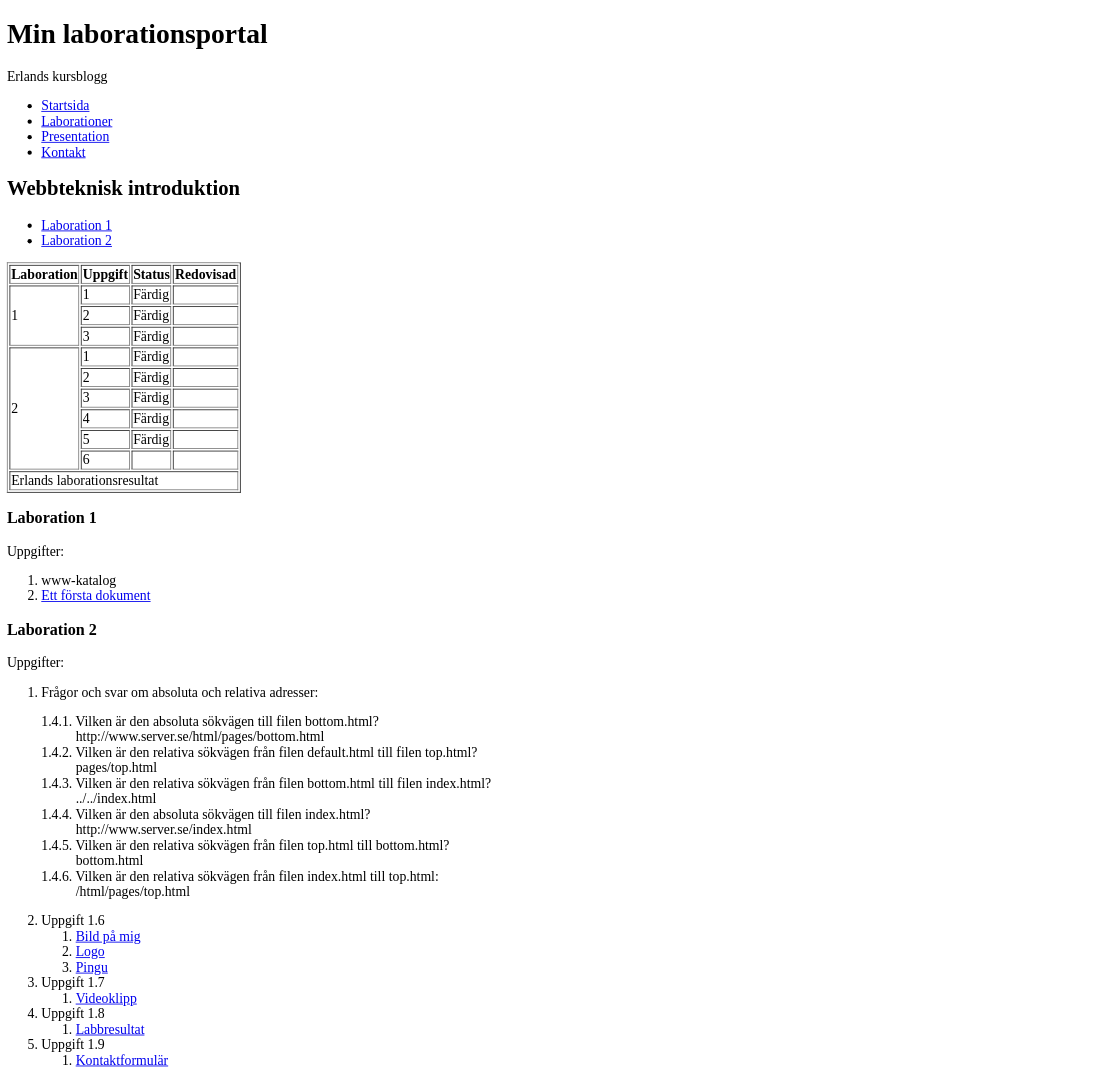
Repository: ej222ru/1IK415-laborationer
Page: pages/laborationer.html
The author's editor kept a record of every edit. The page is drawn from the files as they stood at one moment, then again after the next edit.
The browser window is 1280 px wide. The pictures show the whole page, at 86% of full size.

Above is the page before.

After the next edit:
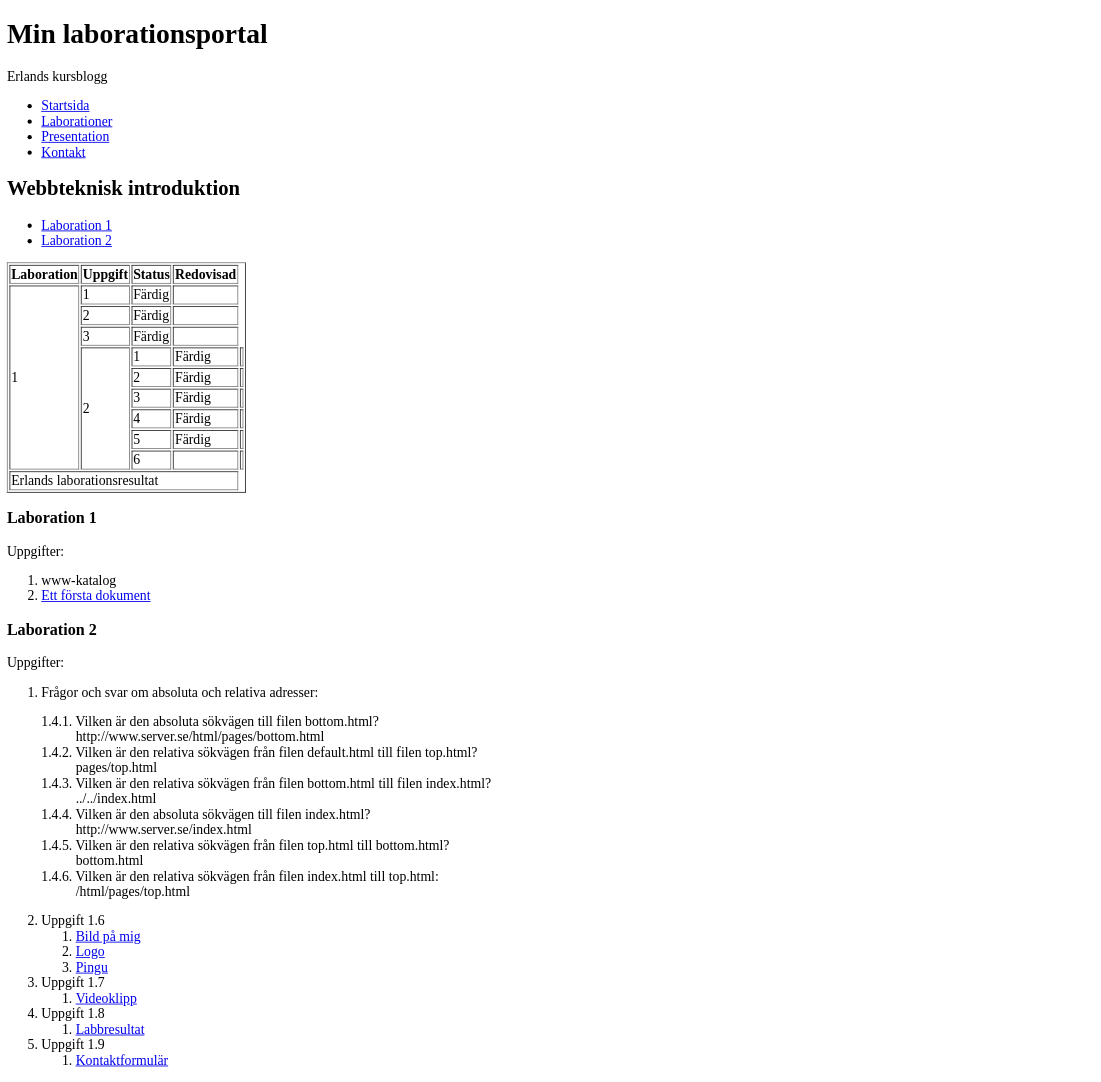
The edit:
--- a/pages/laborationer.html
+++ b/pages/laborationer.html
@@ -35,7 +35,7 @@
             </tfoot>
             <tbody>
                 <tr>
-                    <td rowspan=3>1</td>
+                    <td rowspan=9>1</td>
                     <td>1</td>
                     <td>Färdig</td>
                     <td></td>
